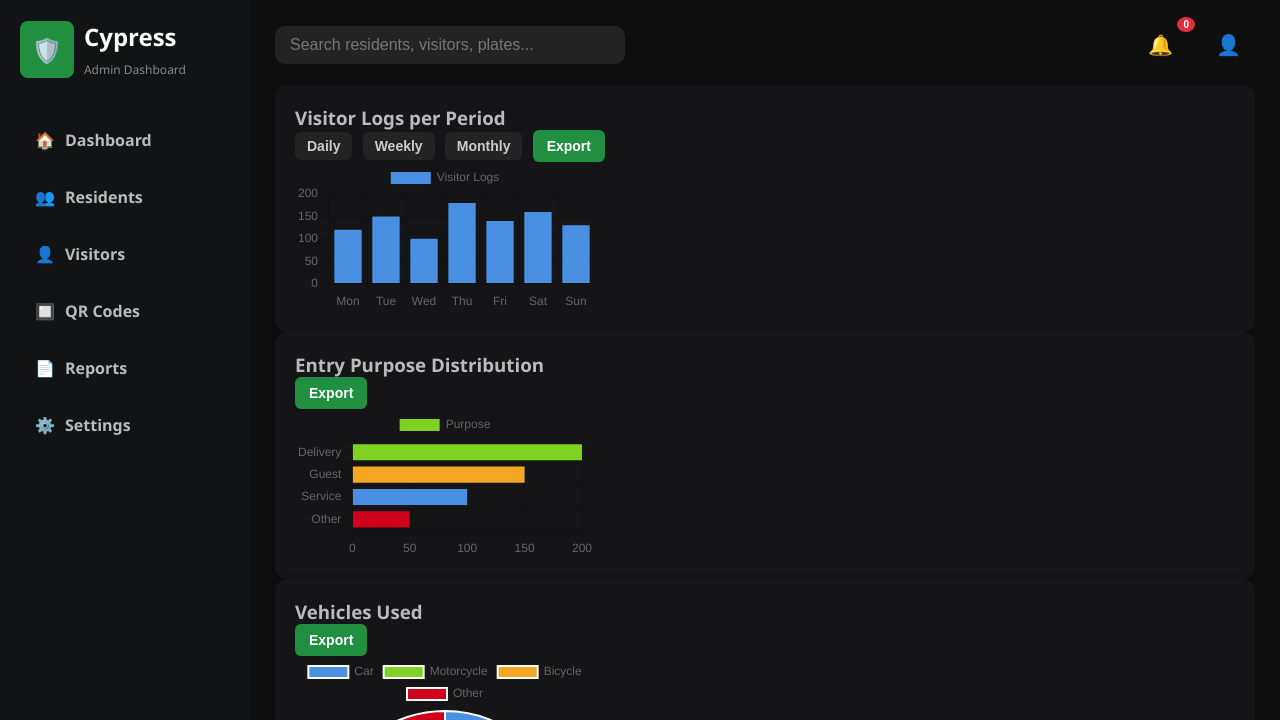
Repository: camuramon/my-project
Page: templates/admin/reports.html
These files come from the project's save history. The page is drawn as it stood at one moment and after the next save; the edit follows.
The browser window is 1280 px wide. The pictures show the whole page.
An inner scrolling area shows only its first screen. The template is drawn by Flask 3. The application's start-up code is not run. The template is opened directly, without the code that normally fills it, so the values that code supplies are empty.

Above is the page before, as saved 2025-09-09 17:40:05.
Console error: TypeError: Cannot read properties of null (reading 'addEventListener')

After the next save:
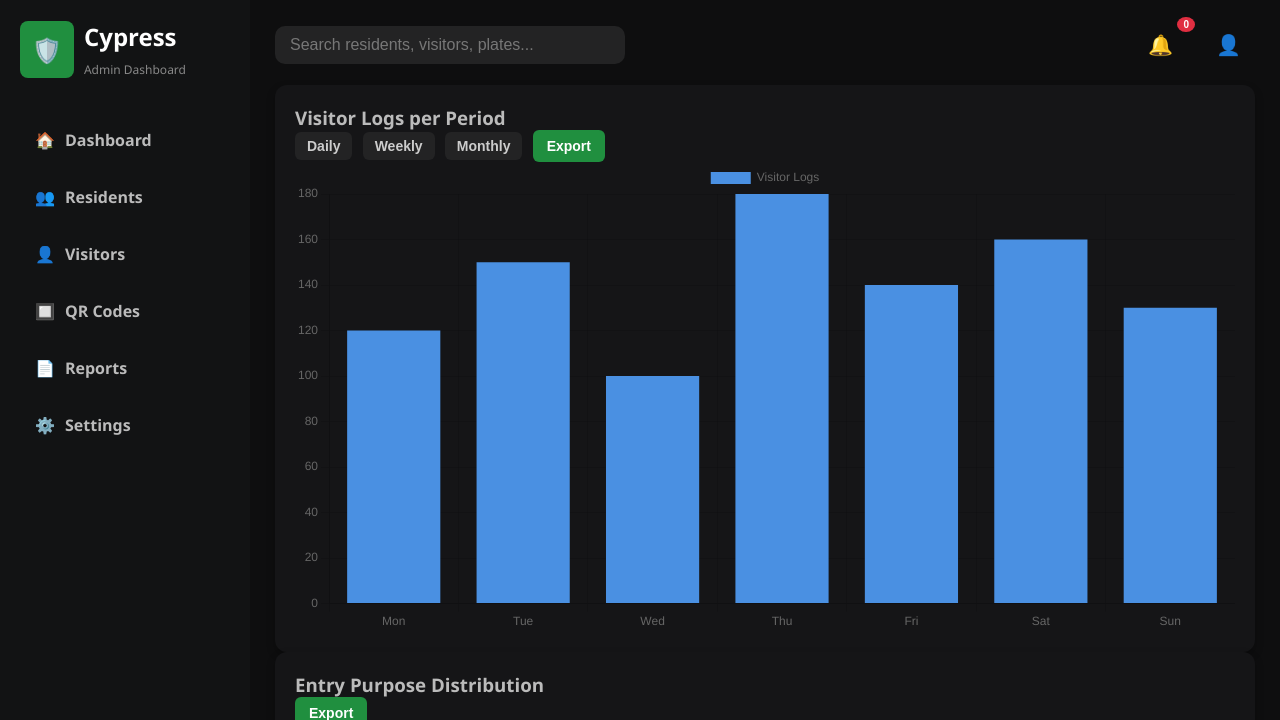
Saved 6 s later.
--- a/static/js/report.js
+++ b/static/js/report.js
@@ -17,9 +17,10 @@ const barChart = new Chart(barCtx, {
     }]
   },
   options: {
-    responsive: false,
-    maintainAspectRatio: false,
-    plugins: { tooltip: { enabled: true } }
+    responsive: true,
+    plugins: {
+      tooltip: { enabled: true }
+    }
   }
 });
 
@@ -51,8 +52,7 @@ new Chart(horCtx, {
   },
   options: {
     indexAxis: 'y',
-    responsive: false,
-    maintainAspectRatio: false
+    responsive: true
   }
 });
 
@@ -67,10 +67,7 @@ new Chart(pieCtx, {
       backgroundColor: ['#4A90E2', '#7ED321', '#F5A623', '#D0021B']
     }]
   },
-  options: {
-    responsive: false,
-    maintainAspectRatio: false
-  }
+  options: { responsive: true }
 });
 
 // Access Points Chart
@@ -85,10 +82,7 @@ new Chart(accCtx, {
       backgroundColor: '#7ED321'
     }]
   },
-  options: {
-    responsive: false,
-    maintainAspectRatio: false
-  }
+  options: { responsive: true }
 });
 
 // Export buttons (placeholder)
